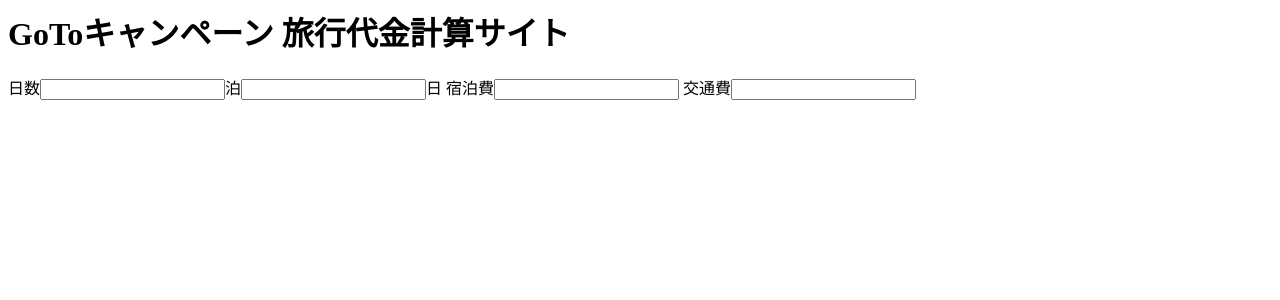
Repository: Ischca/ischca.github.io
Page: src/my-app.html
These files come from the project's save history. The page is drawn as it stood at one moment and after the next save; the edit follows.
The browser window is 1280 px wide. The pictures show the whole page.

Above is the page before, as saved 2020-10-02 13:38:27.

After the next save:
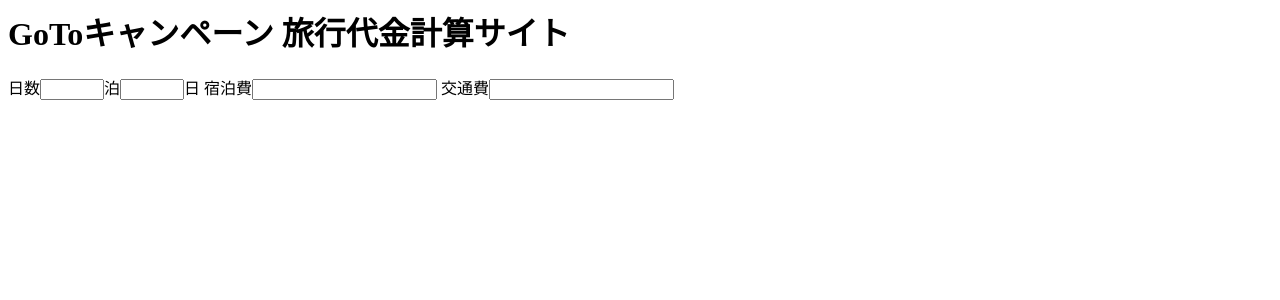
Saved 59 s later.
--- a/src/my-app.html
+++ b/src/my-app.html
@@ -1,6 +1,6 @@
 <h1>GoToキャンペーン 旅行代金計算サイト</h1>
 
-日数<input type="number">泊<input type="number">日
+日数<input type="number" min="1" max="100">泊<input type="number" min="1" max="100">日
 
 宿泊費<input type="number"/>
 
